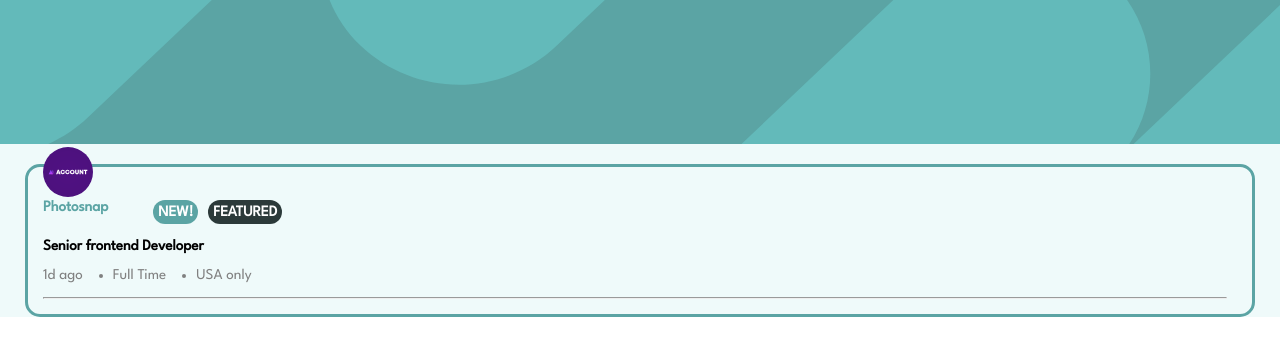
Repository: DevLaukey/job-listing
Page: /
The author's editor kept a copy of each file at every save. The page is drawn from the files as they stood at one save, then again after the next save.
The browser window is 1280 px wide. The pictures show the whole page.
Some web fonts or font styles are not loaded; a fallback is used. The project was rebuilt for these pictures with package versions that can differ from the ones it lists, and the page was loaded fresh each time.

Above is the page before, as saved 2022-06-02 16:45:55.

### src/App.js
import "./App.css";
import Header from "./components/Header";
import Tablet from "./components/Tablet";

function App() {
  return (
    <div className="App">
      <Header />
      <div className="content">
        <Tablet />
      </div>
    </div>
  );
}

export default App;

### src/App.css
@import url('https://fonts.googleapis.com/css2?family=Grape+Nuts&family=League+Spartan&display=swap');
*{
  margin: 0;
  padding: 0;
  box-sizing: border-box;
}
.App{
  background-color: hsl(180, 52%, 96%);
  font-size: 15px;
}

### src/components/Header.js
import React from 'react'
import "./styles.css"

function Header() {
  return (
    <header className='header'></header>
  )
}

export default Header

### src/components/Tablet.js
import React from "react";
import "./styles.css";
import account from "../assets/account.svg";

function Tablet() {
  const img = account;

  return (
    <div className="tablet">
      <div className="tablet_content">
        <img className="image" src={img} alt="" />

        <div className="heading">
          <div className="company">
            <p>Photosnap</p>
          </div>
          <div className="new">
            <p>NEW!</p>
          </div>
          <div className="featured">
            <p>FEATURED</p>
          </div>
        </div>
        <div className="title">
          <p>Senior frontend Developer</p>
        </div>
        <div className="details">
          <p>1d ago</p>
          <ul className="list">
            <li> Full Time</li>
            <li className="country"> USA only</li>
          </ul>
              </div>
              <hr className="line"/>
      </div>
    </div>
  );
}

export default Tablet;

### src/components/styles.css
.header{
background-image: url(../assets/bg-header-mobile.svg);
padding: 10vh;
background-color: hsl(180, 29%, 50%)

}
.tablet{
    border: 3px solid  hsl(180, 29%, 50%);
    border-radius: 15px;
    margin: 20px 25px 20px 25px;
}
.tablet_content{
 margin-left: 15px;
 margin-right: 25px;
 font-family: 'League Spartan', sans-serif;
  font-weight: 700;
    align-items: center;
}
.image{
    height: 50px;
    margin-top: -20px;
}
.heading{
    display:flex;
}
.company{
color: hsl(180, 29%, 50%);
margin-right:3em;
}
.new{
    background-color:hsl(180, 29%, 50%);
    padding: 5px;
    color:white;
    border-radius: 25px;
    margin-right:10px ;
}
.featured{
     background-color: hsl(180, 14%, 20%);
    padding: 5px;
    color:white;
    border-radius: 25px;
}
.title{
    margin-top: 15px;
}
.details{
    display: flex;
    color: gray;
    font-weight:400;
    margin-top: 15px;
    margin-bottom: 15px;
}
.list{
    display: flex;
    margin-left: 2em;
}
.country{
    margin-left:2em;
}
.line{
    margin-bottom: 15px;
    color: gray;
}
/* media query */

@media screen and (min-width: 768px ){
  .header{
  background-image: url(../assets/bg-header-desktop.svg);
  }
}

Loaded but not shown: public/index.html (common file); src/index.js (common file); src/index.css (common file); src/reportWebVitals.js (common file)

After the next save:
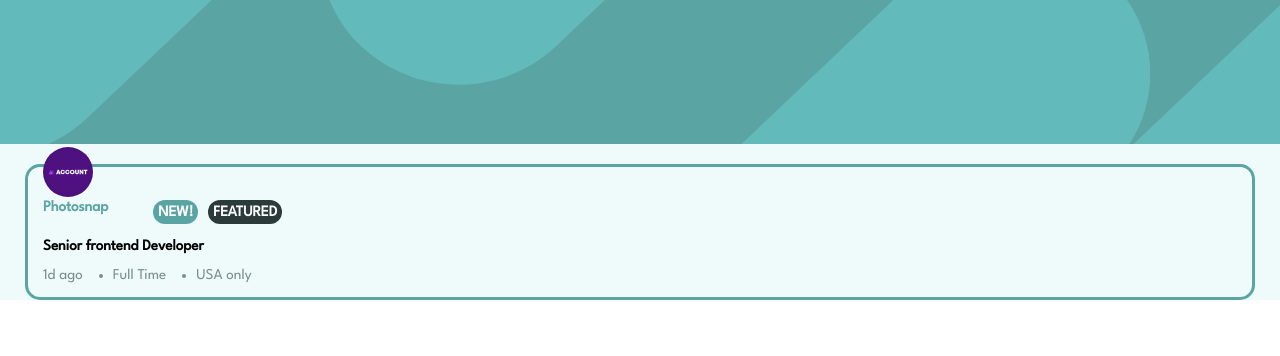
Saved 7 min 51 s later.
--- a/src/components/styles.css
+++ b/src/components/styles.css
@@ -45,7 +45,7 @@
 }
 .details{
     display: flex;
-    color: gray;
+    color: hsl(180, 8%, 52%);
     font-weight:400;
     margin-top: 15px;
     margin-bottom: 15px;
@@ -67,4 +67,5 @@
   .header{
   background-image: url(../assets/bg-header-desktop.svg);
   }
+  .line{display:none;}
 }
